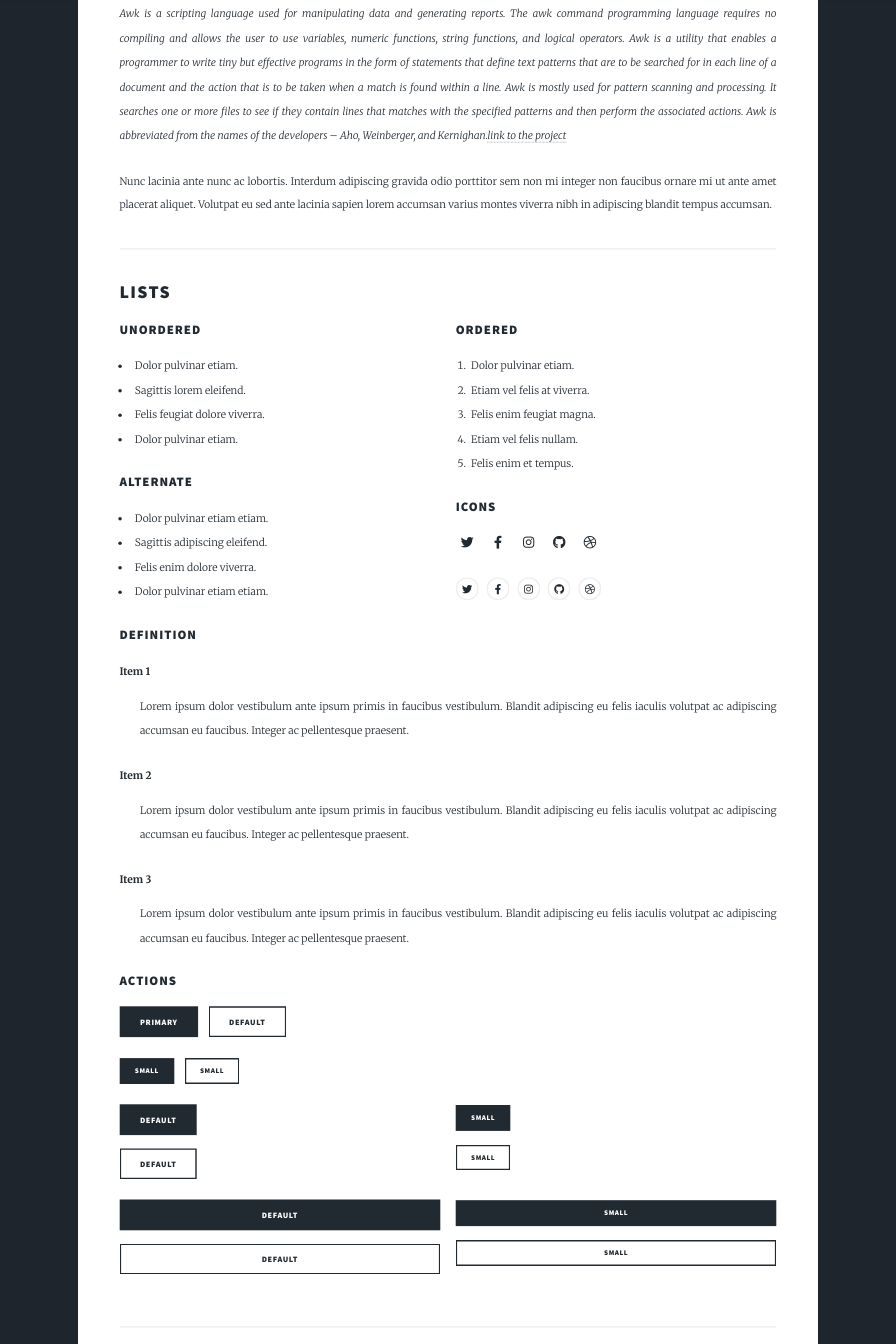
Repository: enlilsudo/Orlando-Portfolio
Page: elements.html
The author's editor kept a copy of each file at every save. The page is drawn from the files as they stood at one save, then again after the next save.
The browser window is 1280 px wide. The pictures show the part of the page from y = 2492 to 4412 px (the page is 10668 px tall before and 10703 px after), at 70% of full size.

Above is the page before, as saved 2023-02-19 14:37:39.

After the next save:
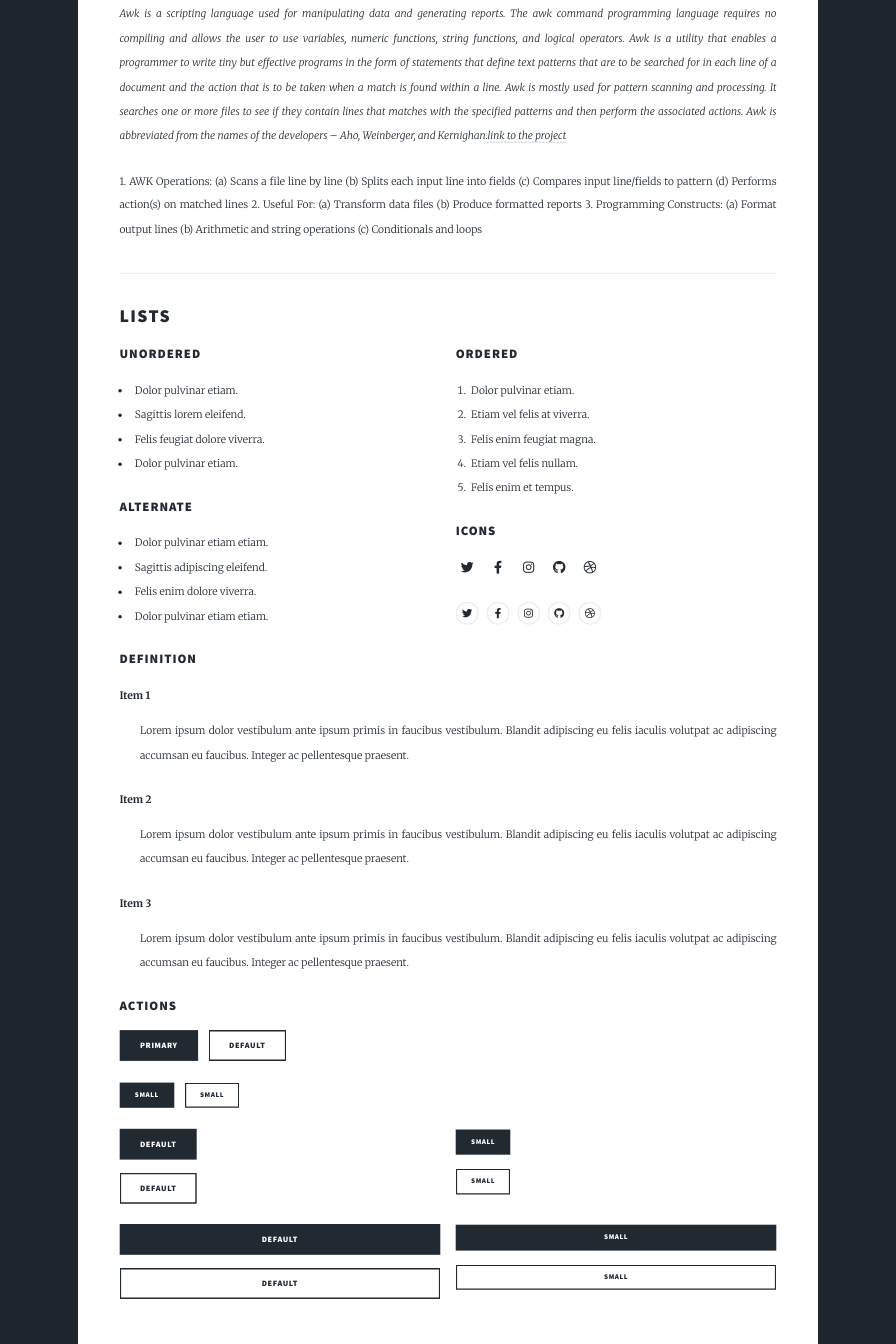
Saved 2 min 34 s later.
--- a/elements.html
+++ b/elements.html
@@ -104,7 +104,20 @@
 											Awk is mostly used for pattern scanning and processing. It searches one or more files to see if they contain lines that matches with the specified patterns and then perform the associated actions.
 											Awk is abbreviated from the names of the developers – Aho, Weinberger, and Kernighan.<a href="https://www.tutorialspoint.com/awk/index.htm">link to the project</a> </p>
 									</header>
-									<p>Nunc lacinia ante nunc ac lobortis. Interdum adipiscing gravida odio porttitor sem non mi integer non faucibus ornare mi ut ante amet placerat aliquet. Volutpat eu sed ante lacinia sapien lorem accumsan varius montes viverra nibh in adipiscing blandit tempus accumsan.</p>
+									<p>1. AWK Operations:
+										(a) Scans a file line by line
+										(b) Splits each input line into fields
+										(c) Compares input line/fields to pattern
+										(d) Performs action(s) on matched lines
+
+										2. Useful For:
+										(a) Transform data files
+										(b) Produce formatted reports
+
+										3. Programming Constructs:
+										(a) Format output lines
+										(b) Arithmetic and string operations
+										(c) Conditionals and loops </p>
 
 									<hr />
 
